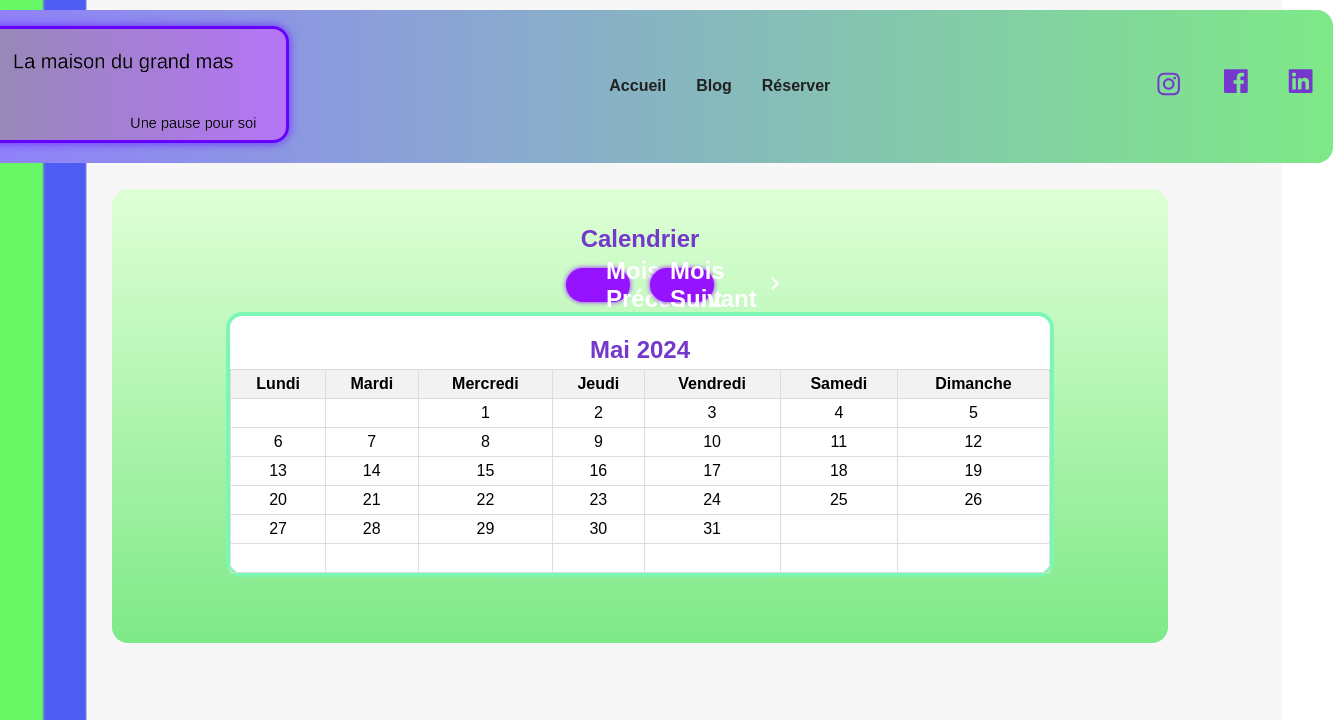
Repository: Crosnierpaul/Les_Rangers_de_Pouvoir
Page: http://localhost/entretien
These files come from the project's save history. The page is drawn as it stood at one moment and after a run of saves; the edit follows.
The browser window is 1280 px wide. The page is 1333 px wide, so the pictures cover 1333 px, including what lies to the right of the window. The pictures show the whole page.
The page is served by the project's Node server (site/server.js).

Above is the page before, as saved 2024-05-07 10:34:35.

After the next 2 saves:
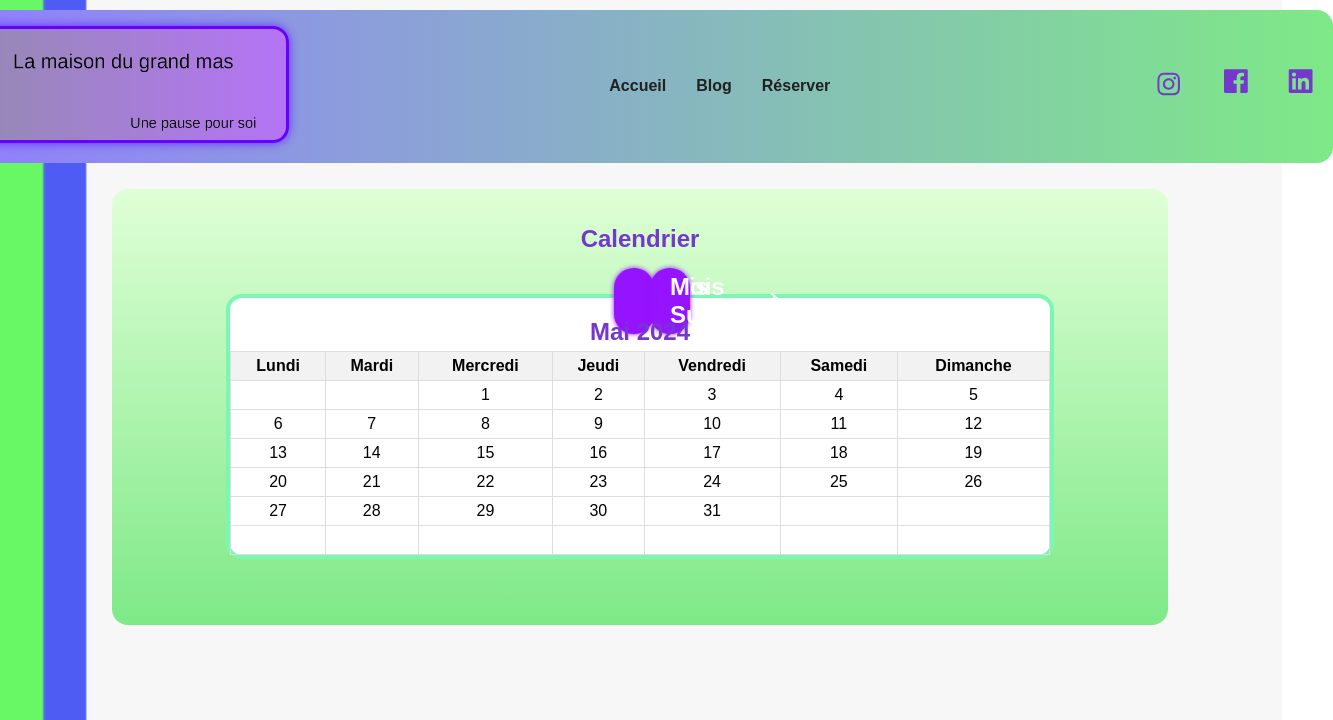
The 2 saves are shown as one change because they came seconds apart.
The last was saved 66 s later.
--- a/site/public/css/entretien.css
+++ b/site/public/css/entretien.css
@@ -58,6 +58,8 @@
     margin-right: 10px;
     margin-top: 10px;
     margin-bottom: 10px;
+    max-width: 1em;
+    max-height: 1em;
     --color-text: #ffffff;
     --color-background: #9513ff;
     --color-outline: #9514ff80;
@@ -67,8 +69,7 @@
   .btn-content {
     display: flex;
     align-items: center;
-    max-width: 1em;
-    max-height: 1em;
+
     padding: 5px 20px;
     text-decoration: none;
     font-family: 'Poppins', sans-serif;
